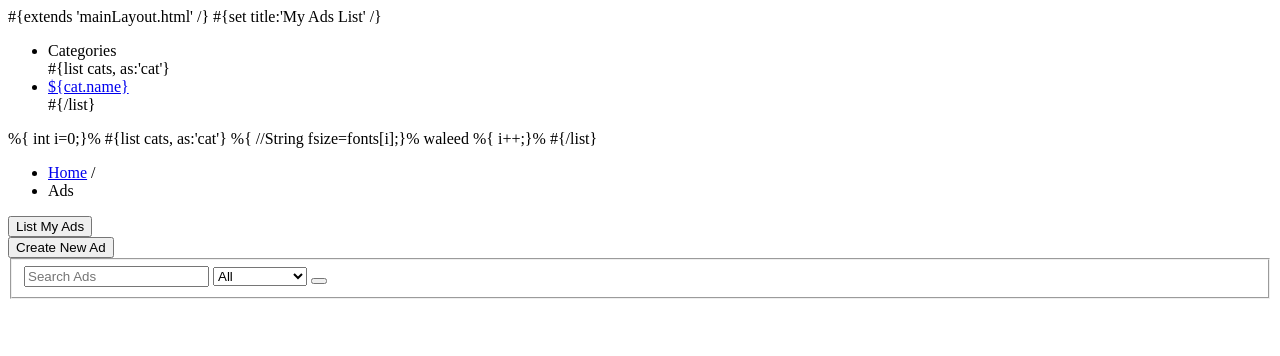
Repository: Maalejm/SEBA
Page: SlifeWebSite/app/views/Ads/index.html
The author's editor kept a copy of each file at every save. The page is drawn from the files as they stood at one save, then again after the next save.
The browser window is 1280 px wide. The pictures show the whole page.

Above is the page before, as saved 2013-06-17 23:33:09.
Console error: SyntaxError: Invalid or unexpected token

### SlifeWebSite/app/views/Ads/index.html
#{extends 'mainLayout.html' /}
#{set title:'My Ads List' /}




<div class="container-fluid">

            <div class="row-fluid">
                <div class="span2">

                    <ul class="nav nav-list">
                        <li class="nav-header">Categories</li>

                        #{list cats, as:'cat'}
                         <li
                         %{ if(cat.id==1) { }%
                          class="active"
                         %{ } }%
                         ><a class="catNav" href="${cat.id}">${cat.name}</a></li>
                        #{/list}

                    </ul>
                    %{ int i=0;}%
                    #{list cats, as:'cat'}
                       %{ //String fsize=fonts[i];}%
                       <span><a>waleed</a></span>
                      %{ i++;}%
                    #{/list}


					<div>


                    </div>
                    <!--Sidebar content-->
                </div>
                <div class="span10">
                    <ul class="breadcrumb">
                        <li><a href="#">Home</a> <span class="divider">/</span></li>
                        <li class="active">Ads</li>
                    </ul>

                    <div class="btn-group">
                        <button class="btn">List My Ads</button>
                    </div>

                    <div class="btn-group">
                        <button class="btn">Create New Ad</button>
                    </div>

                    <div class="span10 searchForm">

                            <fieldset>

                                <input name="search" class="span7" type="text" id="search"  placeholder="Search Ads" >
                                    <select id="category" class="span3">
                                        <option value="0">All</option>

                                        #{list cats, as:'cat'}
                                        <option value="${cat.id}">${cat.name}</option>
                                        #{/list}
                                    </select>

                                    <button type="submit" class="btn btn-primary"> <i class="icon-search icon-white"></i></button>
                           </fieldset>

                    </div>

                    <div  id="result">





           </div>



                    <!--Body content-->
                </div>
            </div>
        </div>





<script type="text/javascript" charset="${_response_encoding}">

    // Rebuild state

    $('#search').val(sessvars.search)
    //if(sessvars.page == undefined) {
        sessvars.page = 1
    //}

    //if(sessvars.firstPage == undefined) {
        sessvars.firstPage = 1
    //}

    //if(sessvars.lastPage == undefined) {
        sessvars.lastPage = 10
    //}


    // Search function
    var search = function() {


        loadData($('#search').val(),$('#category').val(),10)

    }

    var loadData=function(search,category,size){

    	sessvars.search = search
        sessvars.category = category
        sessvars.size =size //$('#size').val()
        var listAction = #{jsAction @list(':search',':category', ':size', ':page',':firstPage',':lastPage') /}
        $('#result').load(listAction({search: sessvars.search,category :sessvars.category , size: sessvars.size, page: sessvars.page
        	, firstPage: sessvars.firstPage, lastPage: sessvars.lastPage}), function() {


        })

    }

    // Events handler
    $('#submit').click(function() {
        sessvars.page = 1

        search()
    })
    $('#search').keyup(function() {
        sessvars.page = 1

        search()
    })

    $('#category').change(function() {
        sessvars.page = 1

        search()
    })


    $('#nextPage').live('click', function(e) {

    	pageinfo= $(this).attr('href').split(';');
    	sessvars.page =pageinfo[0]
        sessvars.firstPage=pageinfo[1]
        sessvars.lastPage=pageinfo[2]

        e.preventDefault()
        search()
    })

    $('#prePage').live('click', function(e) {
    	pageinfo= $(this).attr('href').split(';');
    	sessvars.page =pageinfo[0]
        sessvars.firstPage=pageinfo[1]
        sessvars.lastPage=pageinfo[2]

        e.preventDefault()
        search()
    })

    $('.pagebtn').live('click', function(e) {

    	pageinfo= $(this).attr('href').split(';');
    	sessvars.page =pageinfo[0]
        sessvars.firstPage=pageinfo[1]
        sessvars.lastPage=pageinfo[2]
        e.preventDefault()
        search()
    })


    $('.catNav').live('click', function(e) {



    	sessvars.page =1
        sessvars.firstPage=1
        sessvars.lastPage=10
        $('#search').val("")
        $('.catNav').parent().removeClass('active');
        $(this).parent().addClass('active');
    	e.preventDefault()

       loadData("",$(this).attr('href'),10)
    })

    // Init
    if(sessvars.search != undefined) {
        search()

    }

</script>

After the next save:
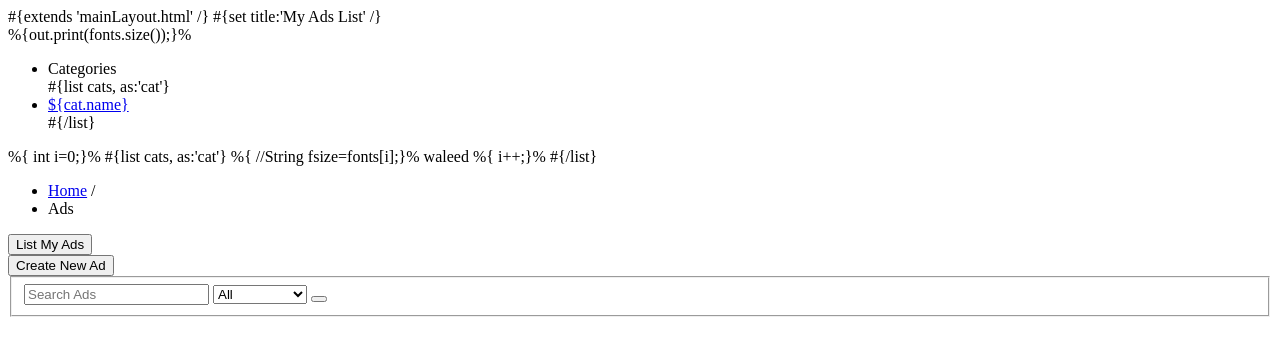
Saved 75 s later.
--- a/SlifeWebSite/app/views/Ads/index.html
+++ b/SlifeWebSite/app/views/Ads/index.html
@@ -5,7 +5,7 @@
 
 
 <div class="container-fluid">
-
+%{out.print(fonts.size());}%
             <div class="row-fluid">
                 <div class="span2">
 
